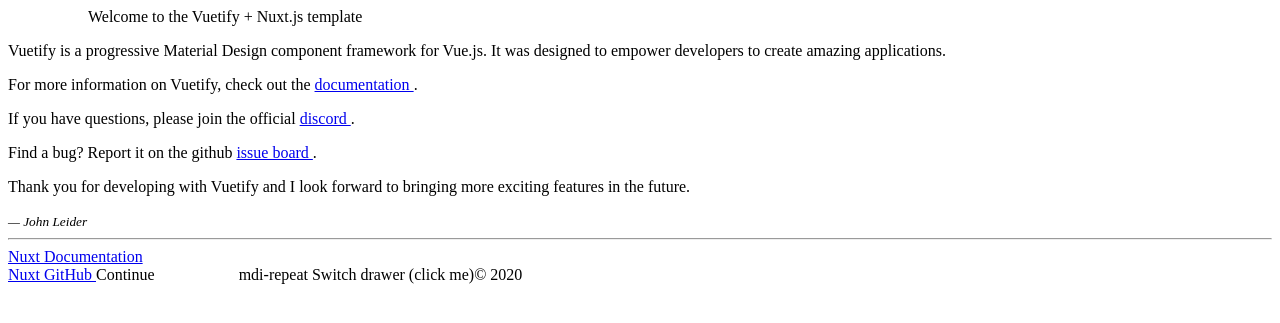
Repository: Natanhel/WhatZapp
Page: /
The author's editor kept a copy of each file at every save. The page is drawn from the files as they stood at one save, then again after the next save.
The browser window is 1280 px wide. The pictures show the whole page.
The project was rebuilt for these pictures with package versions that can differ from the ones it lists, and the page was loaded fresh each time. The framework's server and built-in components were replaced by stand-ins that run in the browser. Also part of the build but not shown: layouts/error.vue.

Above is the page before, as saved 2020-04-01 15:04:59.

After the next save:
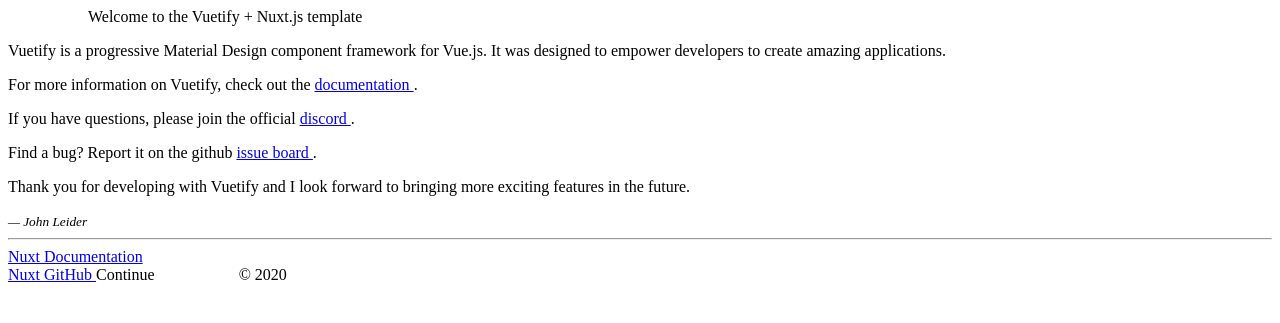
Saved 7 s later.
--- a/layouts/default.vue
+++ b/layouts/default.vue
@@ -5,23 +5,6 @@
         <nuxt />
       </v-container>
     </v-content>
-    <v-navigation-drawer
-      v-model="rightDrawer"
-      :right="right"
-      temporary
-      fixed
-    >
-      <v-list>
-        <v-list-item @click.native="right = !right">
-          <v-list-item-action>
-            <v-icon light>
-              mdi-repeat
-            </v-icon>
-          </v-list-item-action>
-          <v-list-item-title>Switch drawer (click me)</v-list-item-title>
-        </v-list-item>
-      </v-list>
-    </v-navigation-drawer>
     <v-footer
       :fixed="fixed"
       app
